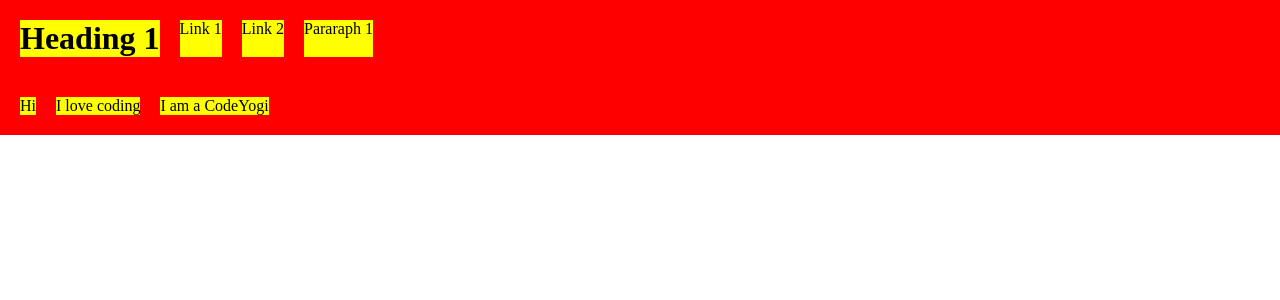
Repository: itz-mohanmadhav-18/Full-stack
Page: Html+css/day-3/flexbox.html
These files come from the project's save history. The page is drawn as it stood at one moment and after the next save; the edit follows.
The browser window is 1280 px wide. The pictures show the whole page.

Above is the page before, as saved 2024-06-14 12:52:17.

### Html+css/day-3/flexbox.html
<!DOCTYPE html>
<html lang="en">
  <head>
    <meta charset="UTF-8" />
    <meta name="viewport" content="width=device-width, initial-scale=1.0" />
    <link rel="stylesheet" href="./flexbox.css" />
    <title>Document</title>
  </head>
  <body>
    <div>
      <h1>Heading 1</h1>
      <a>Link 1</a>
      <a>Link 2</a>
      <p>Pararaph 1</p>
    </div>
    <div>
        <p>Hi</p>
        <p>I love coding</p>
        <p>I am a CodeYogi</p>
    </div>
  </body>
</html>

### Html+css/day-3/flexbox.css
*{
    padding: 0;
    margin: 0;
    background: white;
}
div{
    background: red;
    padding: 10px;
    display: flex;
    flex-direction: row;

}

div > * {
    background: yellow;
    margin: 10px;
}

After the next save:
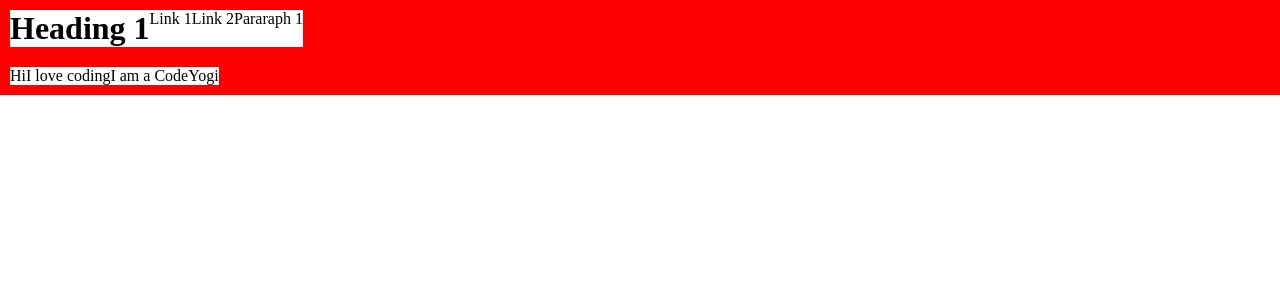
Saved 7 s later.
--- a/Html+css/day-3/flexbox.css
+++ b/Html+css/day-3/flexbox.css
@@ -11,7 +11,6 @@ div{
 
 }
 
-div > * {
-    background: yellow;
-    margin: 10px;
+p{
+
 }
